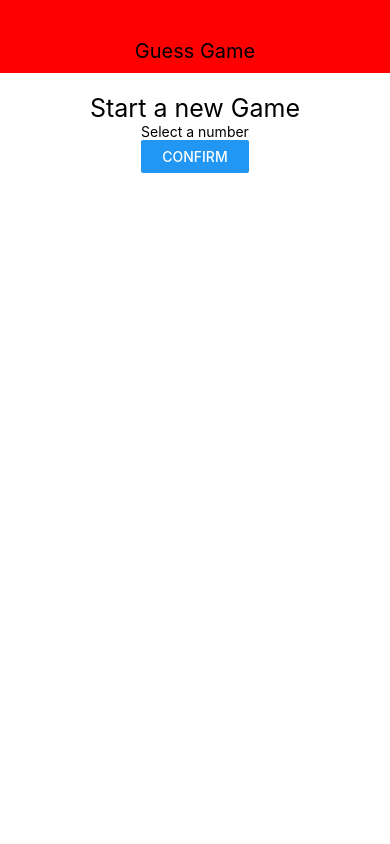
Repository: Celebration-cloud/Guess-number
Screen: /
An editor plug-in stored every save of this project. The screen is shown before and after the next save, followed by the edit.
The app was drawn by React Native's web renderer in a window 390 px wide. The project was rebuilt for these pictures with package versions that can differ from the ones it lists, and the page was loaded fresh each time.

Above is the screen before, as saved 2024-06-10 13:47:42.

After the next save:
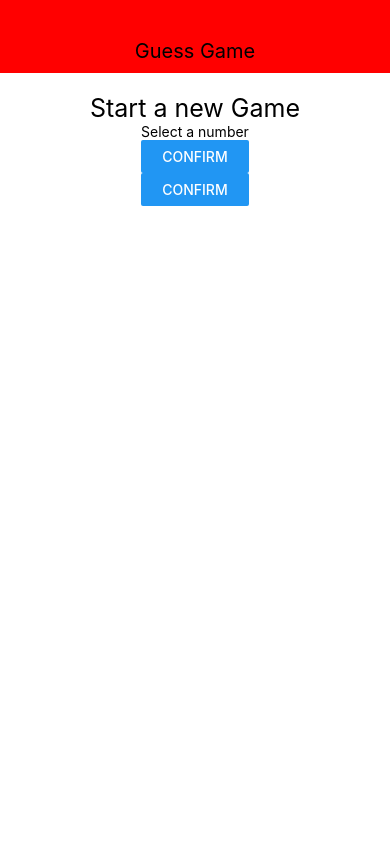
Saved 8 s later.
--- a/components/srceen/StartScreen.jsx
+++ b/components/srceen/StartScreen.jsx
@@ -8,6 +8,7 @@ export default function StartScreen() {
         <View>
             <Text>Select a number</Text>
             <View>
+                <Button title='Confirm'/>
                 <Button title='Confirm'/>
             </View>
         </View>
